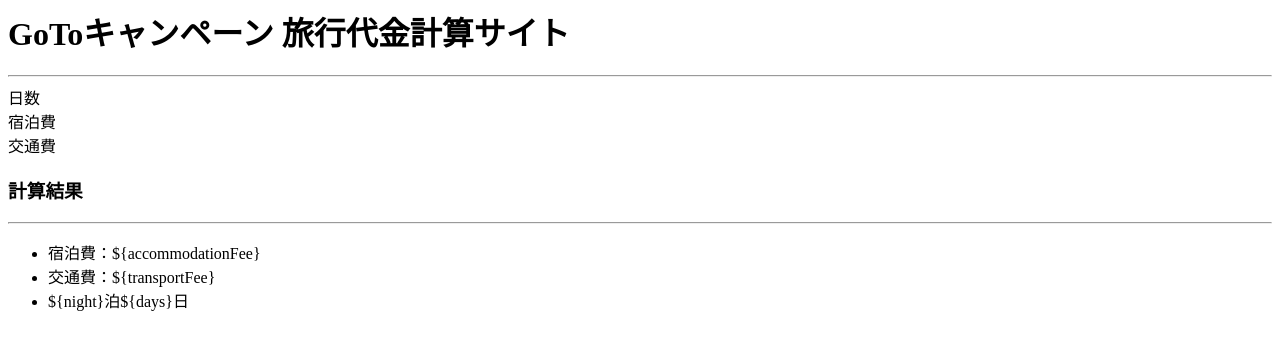
Repository: Ischca/ischca.github.io
Page: src/my-app.html
The author's editor kept a copy of each file at every save. The page is drawn from the files as they stood at one save, then again after the next save.
The browser window is 1280 px wide. The pictures show the whole page.

Above is the page before, as saved 2020-10-02 15:04:59.

After the next save:
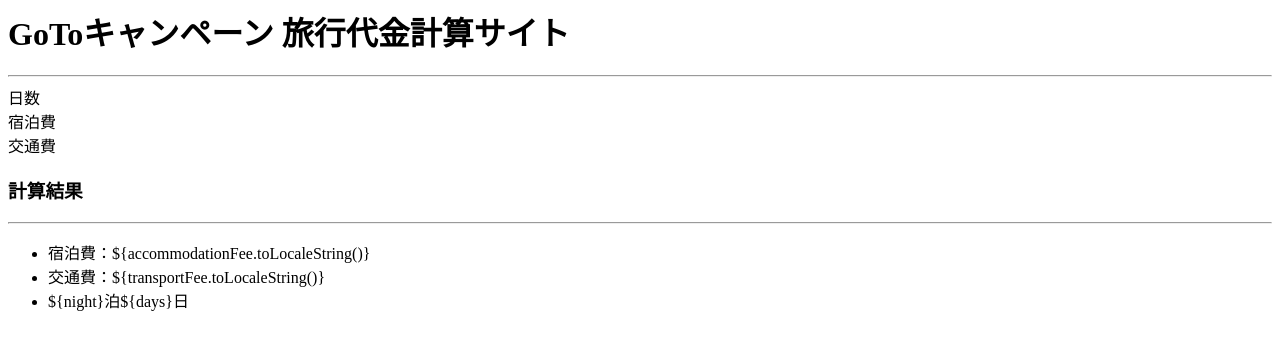
Saved 9 min 1 s later.
--- a/src/my-app.html
+++ b/src/my-app.html
@@ -37,10 +37,10 @@
     <div id="result" class="text-center">
         <ul class="list-group list-group-flush">
             <li class="list-group-item">
-                宿泊費：${accommodationFee}
+                宿泊費：${accommodationFee.toLocaleString()}
             </li>
             <li class="list-group-item">
-                交通費：${transportFee}
+                交通費：${transportFee.toLocaleString()}
             </li>
             <li class="list-group-item">
                 ${night}泊${days}日
